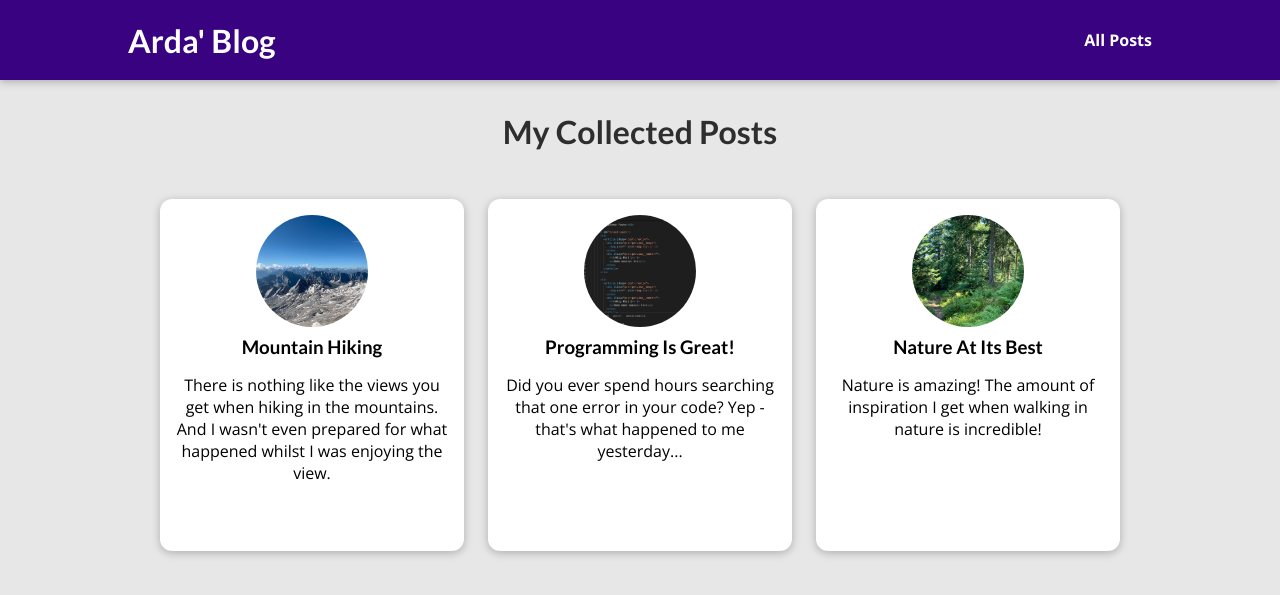
Repository: ardagungunes/my-blog
Page: http://localhost/posts
The author's editor kept a copy of each file at every save. The page is drawn from the files as they stood at one save, then again after the next save.
The browser window is 1280 px wide. The pictures show the whole page.
The page is served by the project's application, run on Django 5.2 (manage.py). The page reads the database file committed with the project.

Above is the page before, as saved 2024-08-06 19:12:22.

After the next save:
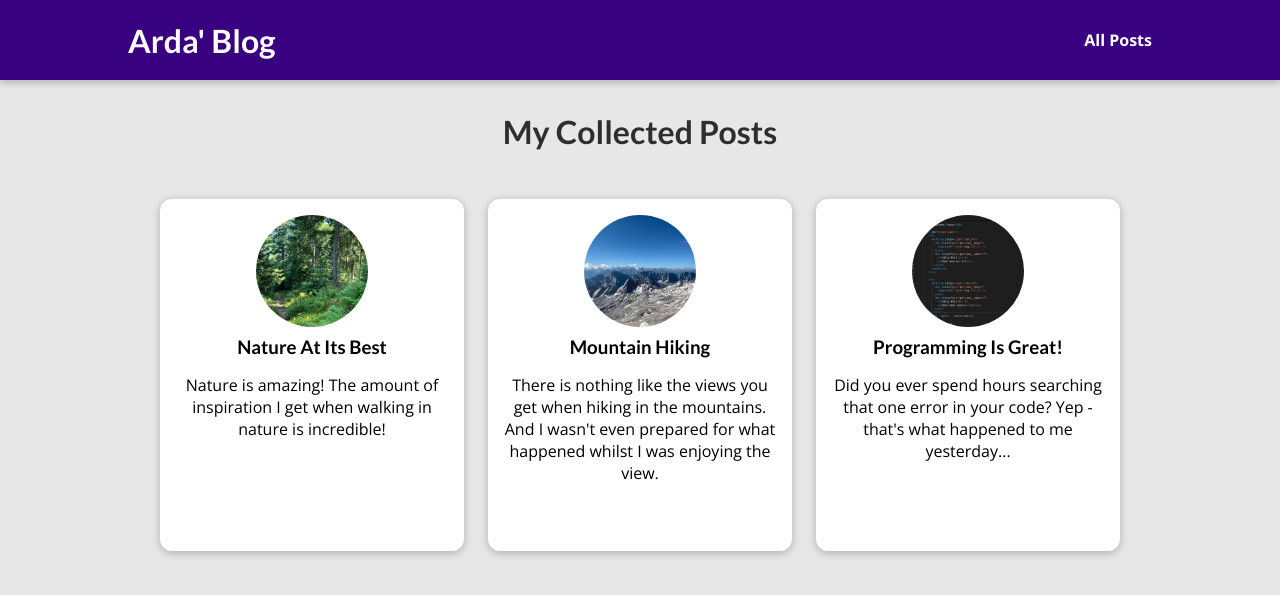
Saved 33 s later.
--- a/blog/views.py
+++ b/blog/views.py
@@ -20,7 +20,7 @@ def starting_page(request):
     })
 
 def posts(request):
-    all_posts = Post.objects.all()
+    all_posts = Post.objects.all().order_by("-date")
     return render(request, "blog/all-posts.html",{
         "all_posts": all_posts
     })
